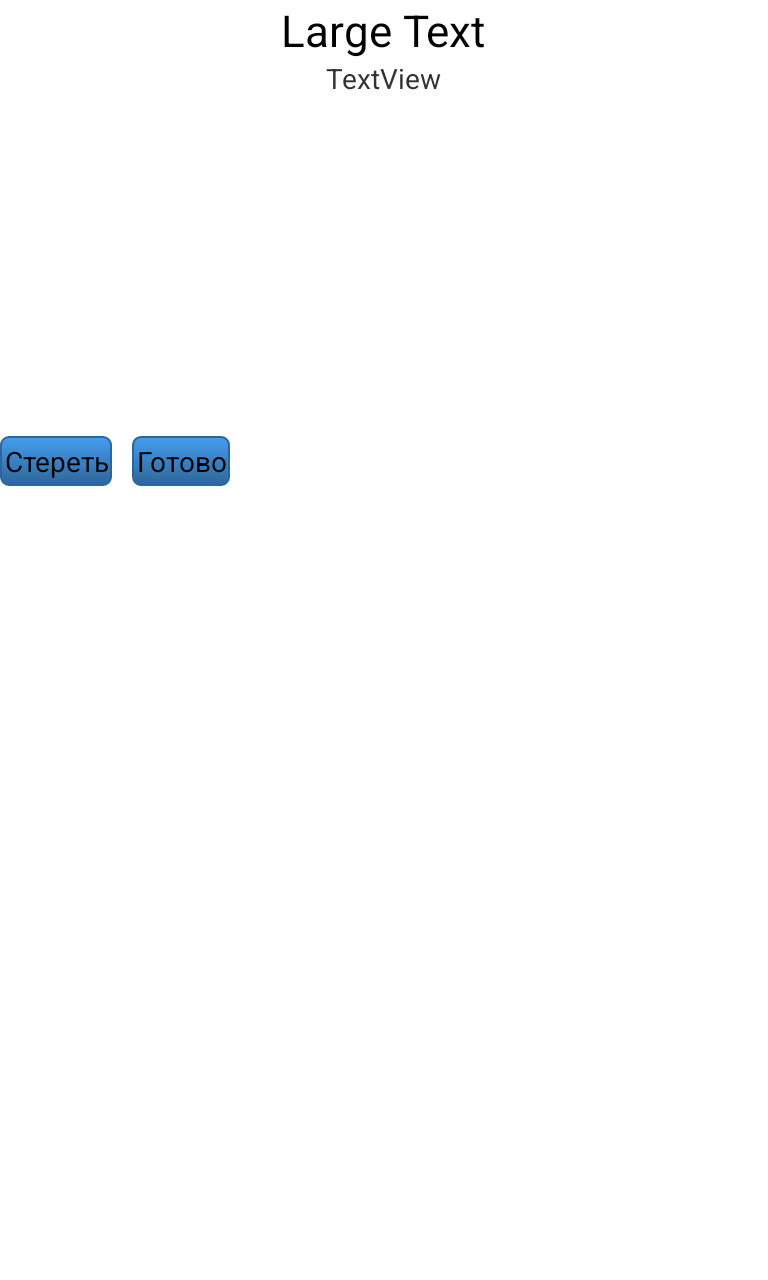
Repository: pcombi/android_dev
Layout: EnglishGrammar/res/layout/tests.xml
These files come from the project's save history. The layout is drawn as it stood at one moment and after the next save; the edit follows.
It is drawn on a 768 x 1280 px phone screen (xhdpi) without system bars, with theme AppTheme; the app's code is not run.

Above is the layout before, as saved 2012-12-29 14:11:17.

After the next save:
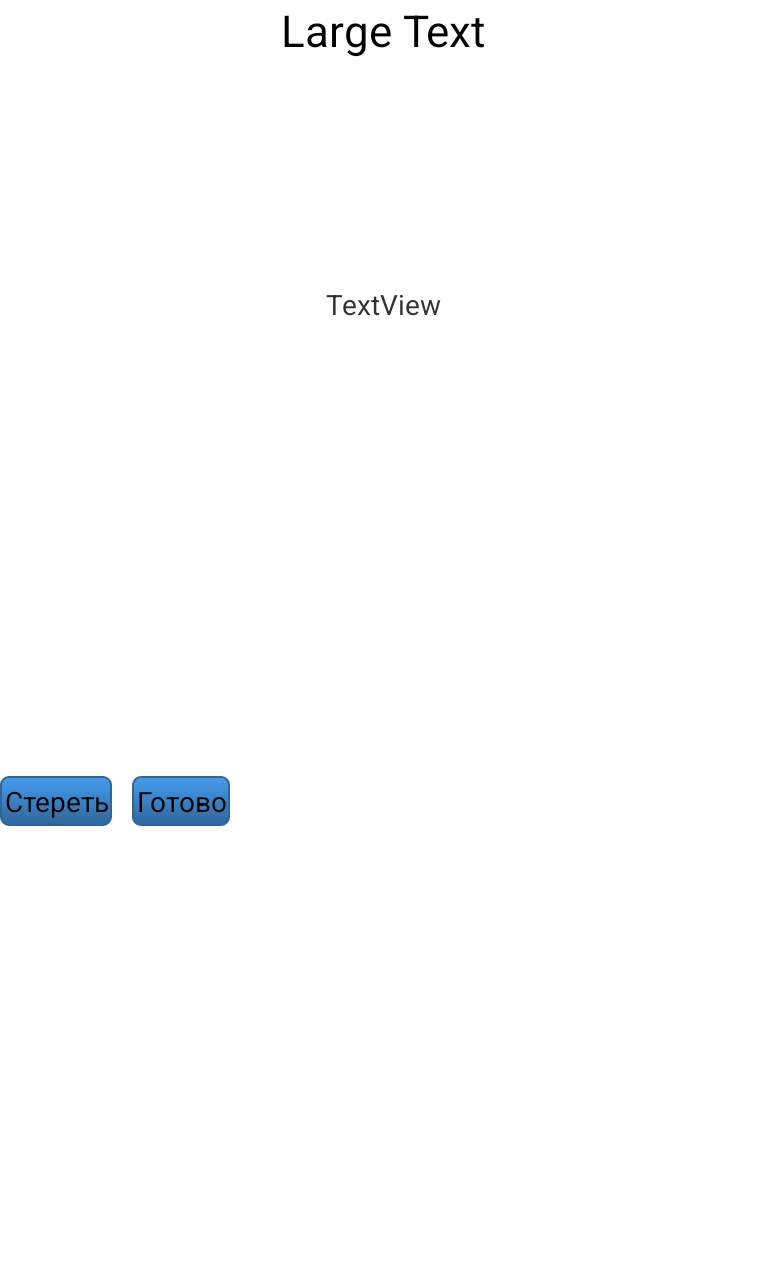
Saved 66 s later.
--- a/EnglishGrammar/res/layout/tests.xml
+++ b/EnglishGrammar/res/layout/tests.xml
@@ -11,10 +11,12 @@
         android:layout_height="wrap_content"
         android:layout_gravity="center"
         android:text="Large Text"
+        android:layout_weight="20"
         android:textAppearance="?android:attr/textAppearanceLarge" />
 
     <TextView
         android:id="@+id/tvAnswer"
+        android:layout_weight="20"
         android:layout_width="wrap_content"
         android:layout_height="wrap_content"
         android:layout_gravity="center"
@@ -24,7 +26,7 @@
         android:id="@+id/lAnswers"
         android:layout_width="match_parent"
         android:layout_height="wrap_content"
-        android:layout_weight="30"
+        android:layout_weight="20"
         android:orientation="vertical" >
 
         <LinearLayout
@@ -39,7 +41,8 @@
         android:id="@+id/llButtons"
         android:layout_width="fill_parent"
         android:layout_height="wrap_content"
-        android:orientation="horizontal" >
+        android:orientation="horizontal"
+        android:layout_weight="20">
 
         <Button
             android:id="@+id/bErase"
@@ -65,28 +68,32 @@
         android:id="@+id/buttonOptions1"
         android:layout_width="wrap_content"
         android:layout_height="wrap_content"
-        android:orientation="vertical" >
+        android:orientation="vertical"
+        android:layout_weight="20">
     </LinearLayout>
 
     <LinearLayout
         android:id="@+id/buttonOptions2"
         android:layout_width="wrap_content"
         android:layout_height="wrap_content"
-        android:orientation="vertical" >
+        android:orientation="vertical"
+        android:layout_weight="20">
     </LinearLayout>
 
     <LinearLayout
         android:id="@+id/buttonOptions3"
         android:layout_width="wrap_content"
         android:layout_height="wrap_content"
-        android:orientation="vertical" >
+        android:orientation="vertical"
+        android:layout_weight="20">
     </LinearLayout>
 
     <LinearLayout
         android:id="@+id/buttonOptions4"
         android:layout_width="wrap_content"
         android:layout_height="wrap_content"
-        android:orientation="vertical" >
+        android:orientation="vertical"
+        android:layout_weight="20">
     </LinearLayout>
 
 </LinearLayout>
